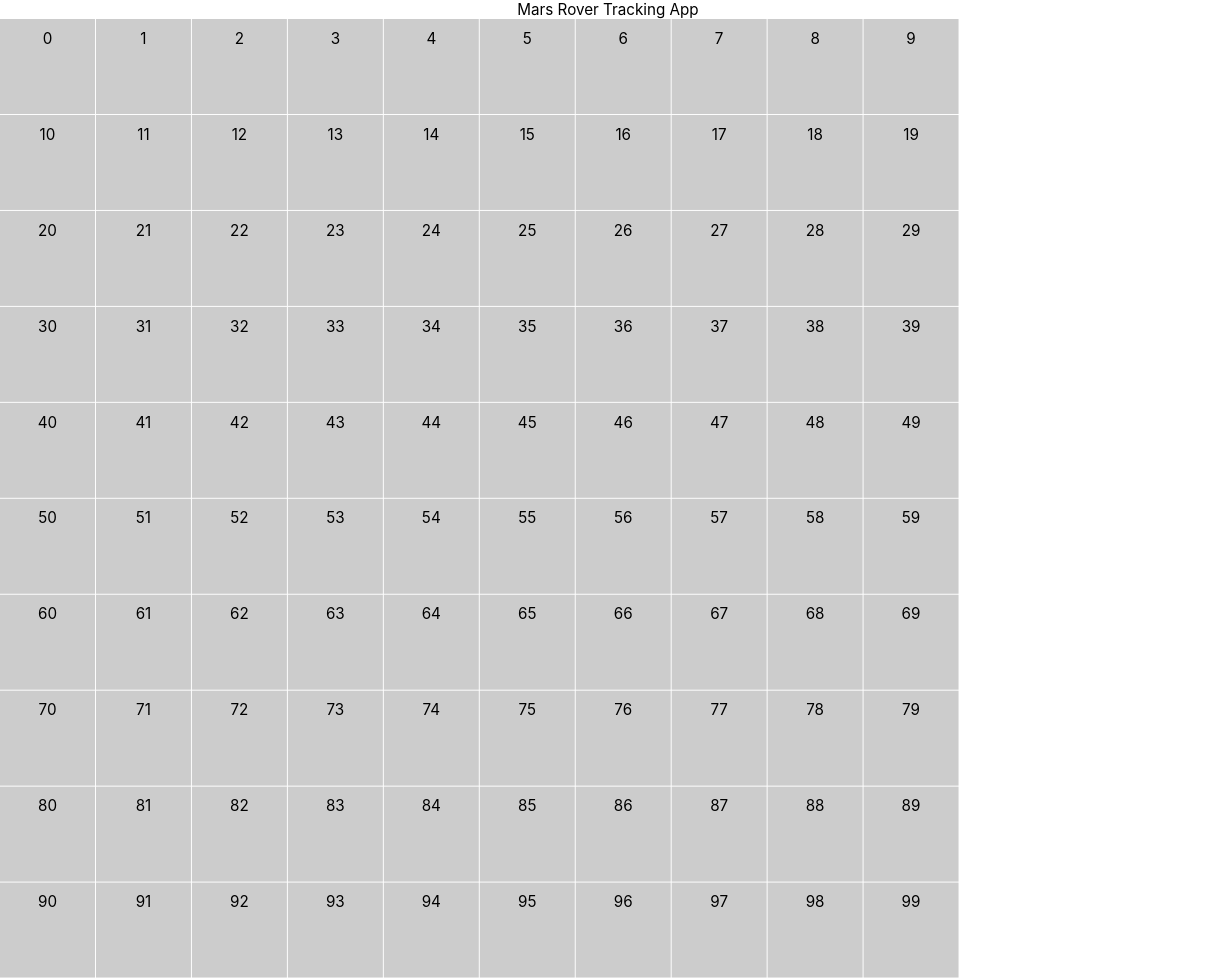
Repository: madhurisandbhor/Rover-Tracking-App
Page: /
These files come from the project's save history. The page is drawn as it stood at one moment and after the next save; the edit follows.
The browser window is 1280 px wide. The pictures show the whole page, at 95% of full size.
The project was rebuilt for these pictures with package versions that can differ from the ones it lists, and the page was loaded fresh each time.

Above is the page before, as saved 2021-09-06 17:10:09.

After the next save:
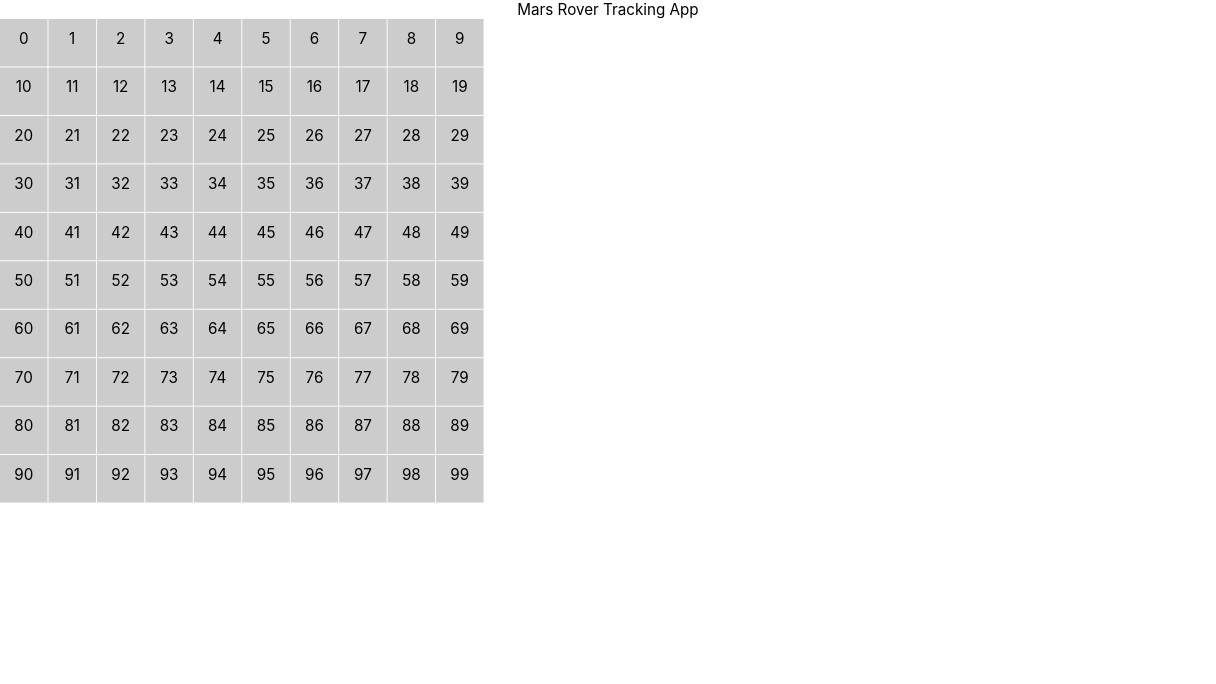
Saved 19 s later.
--- a/src/Grid.jsx
+++ b/src/Grid.jsx
@@ -3,8 +3,8 @@ import { maxY, maxX } from "./constants";
 
 const wrapper = {
     display: 'grid',
-    gridTemplateColumns: `repeat(${maxY + 1}, 100px)`,
-    gridTemplateRows: `repeat(${maxX + 1}, 100px)`,
+    gridTemplateColumns: `repeat(${maxY + 1}, 50px)`,
+    gridTemplateRows: `repeat(${maxX + 1}, 50px)`,
     gridGap: '1px',
 }
 
